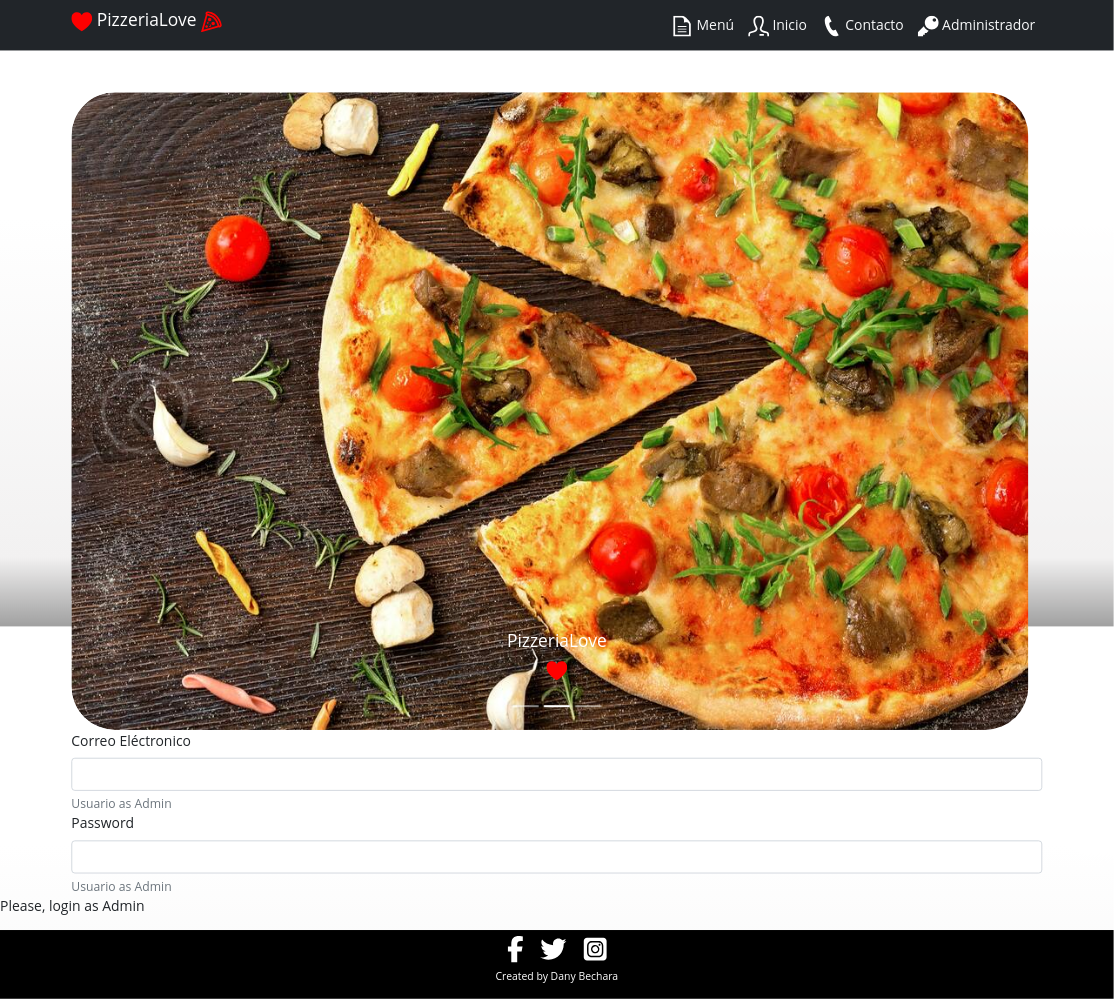
Repository: bechara611/PizzeriaLove
Page: /administrador
The author's editor kept a copy of each file at every save. The page is drawn from the files as they stood at one save, then again after the next save.
The browser window is 1280 px wide. The pictures show the whole page, at 87% of full size.
The page's requests for data from a server got no answer. Backgrounds fixed to the window are drawn as part of the page. The project was rebuilt for these pictures with package versions that can differ from the ones it lists, and the page was loaded fresh each time. No one was signed in, and anything a server would have sent is missing. Also part of the build but not shown: src/App.css, src/App.js, src/Componentes/Menu.css, src/Firebase/Borrar.js, src/Componentes/Menu.js, src/Componentes/FormularioAgregarMenu.css, src/Elementos/Alerta.js.

Above is the page before, as saved 2022-02-23 09:10:52.

After the next save:
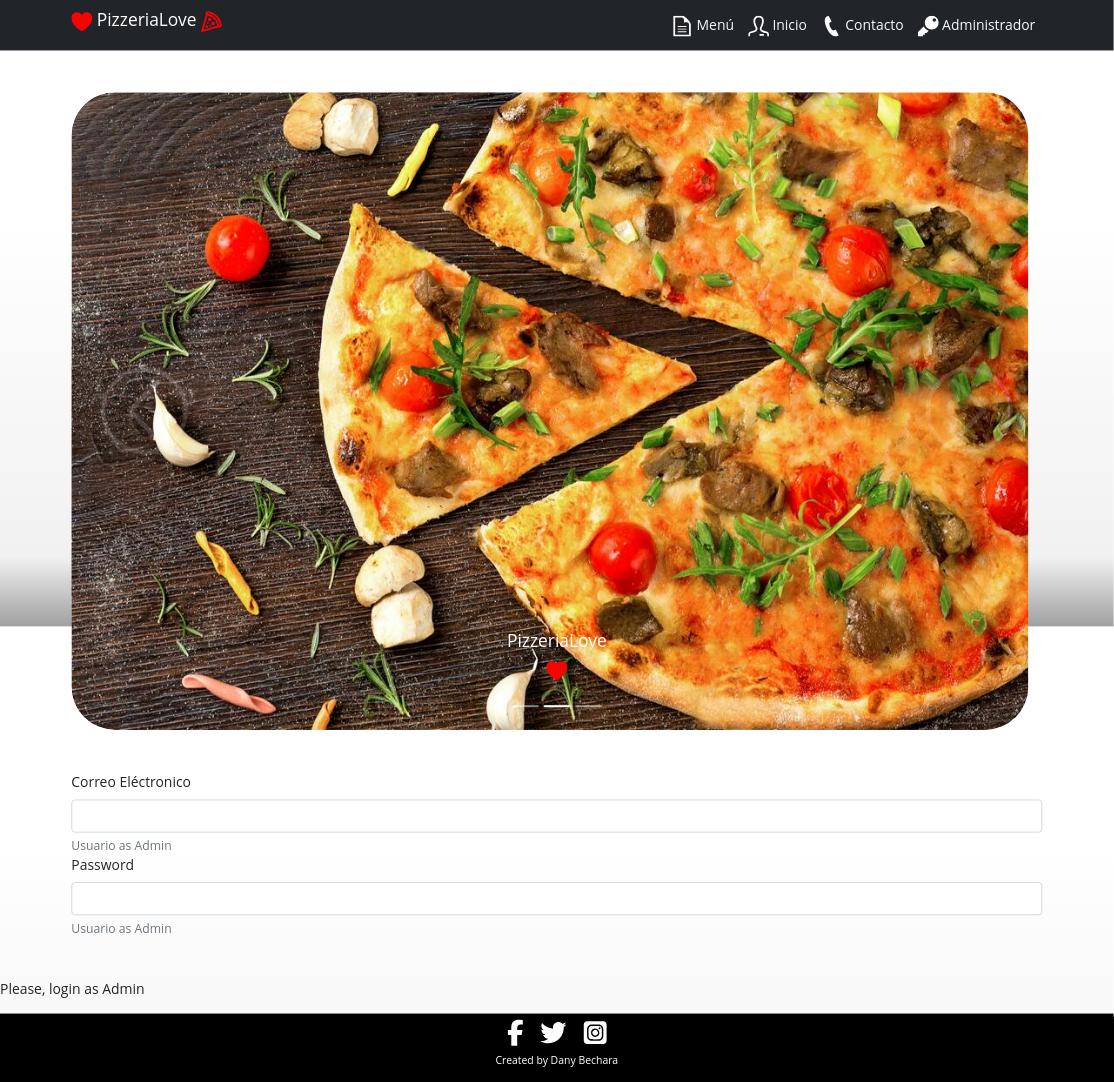
Saved 7 s later.
--- a/src/Componentes/FormularioAgregarMenu.js
+++ b/src/Componentes/FormularioAgregarMenu.js
@@ -42,7 +42,7 @@ const FormularioAgregarMenu = () => {
         <>
         <div className="container">
         <div className="row">
-        <form action="" py-5>
+        <form action="" className='py-5'>
         <label htmlFor="correo" class="form-label">Correo Eléctronico</label>
         <input type="text" name="usuario" id="usuario" className='form-control' aria-describedby='usuario' />
         <div id="usuario" class="form-text">
